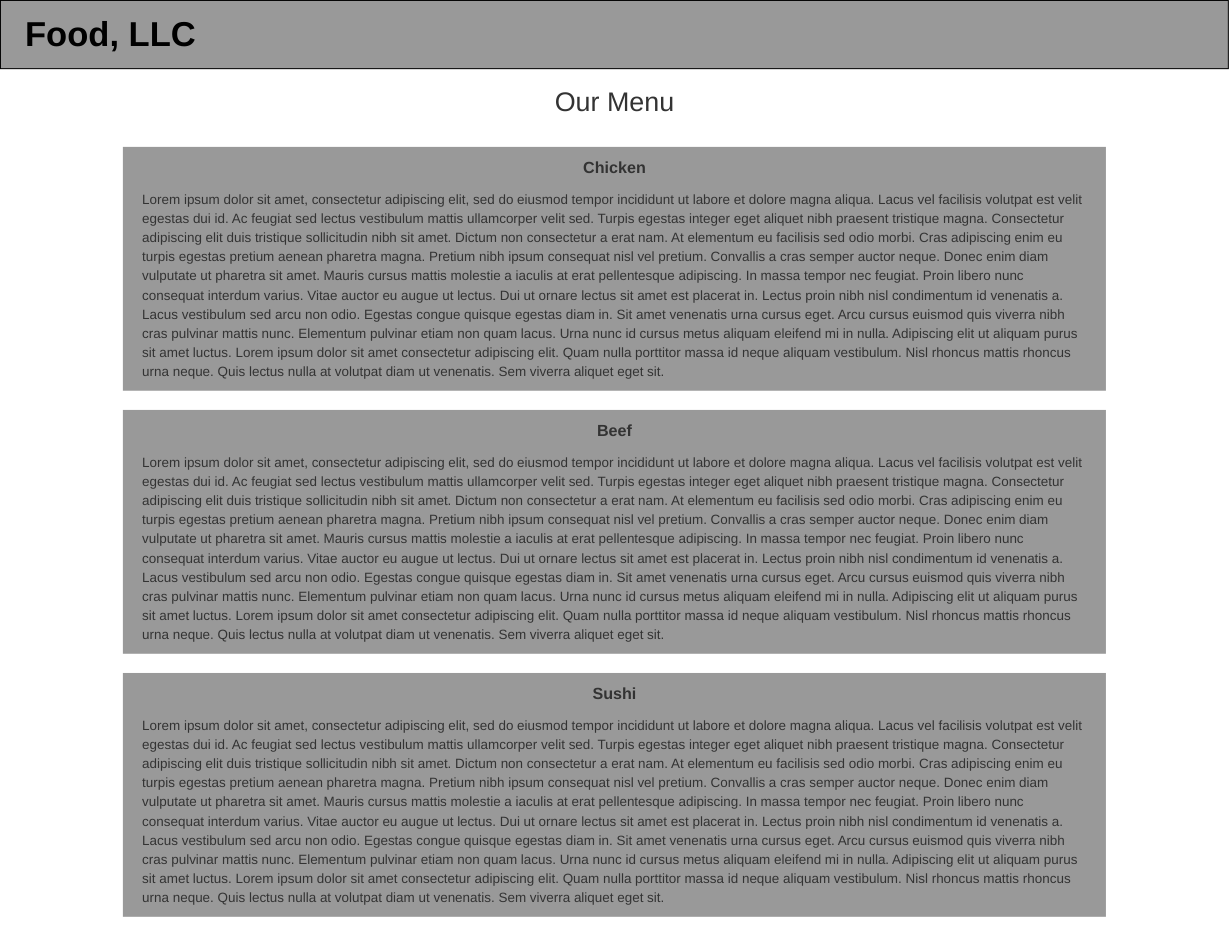
Repository: Cynthia-woo/coursera_frontend_JHU
Page: module3-solution/index.html
These files come from the project's save history. The page is drawn as it stood at one moment and after the next save; the edit follows.
The browser window is 1280 px wide. The pictures show the whole page, at 96% of full size.

Above is the page before, as saved 2024-04-20 02:55:31.

After the next save:
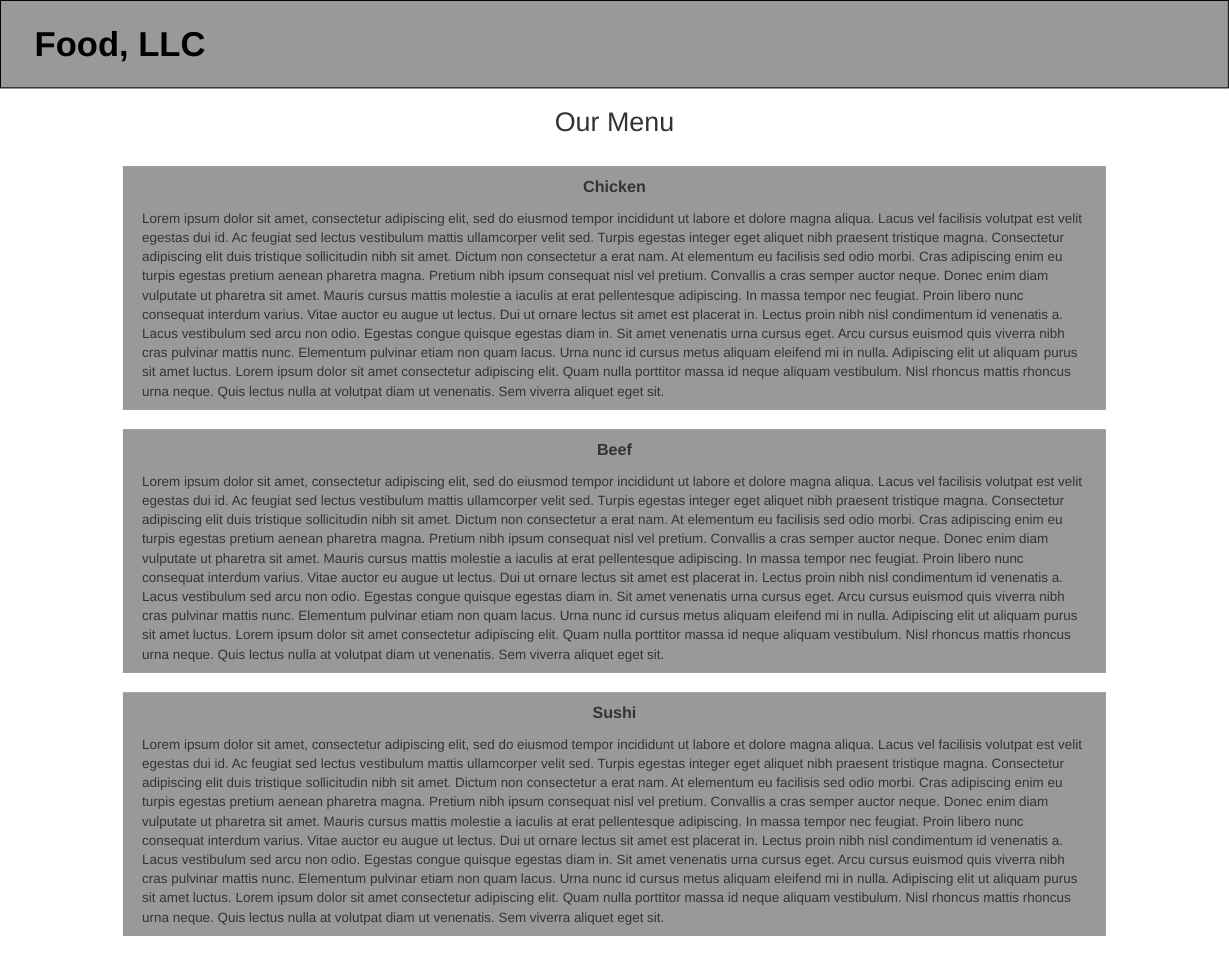
Saved 86 s later.
--- a/module3-solution/css/styles.css
+++ b/module3-solution/css/styles.css
@@ -7,7 +7,7 @@
     background-color: #999;
     border: 1px solid black;
     border-radius: 0;
-    padding: 10px;
+    padding: 20px;
 }
 
 .navbar-brand a{
@@ -20,6 +20,9 @@
     text-decoration: none;
 }
 
+.navbar-toggle {
+    color: #dcdcdc;
+}
 
 
 #main_title {
